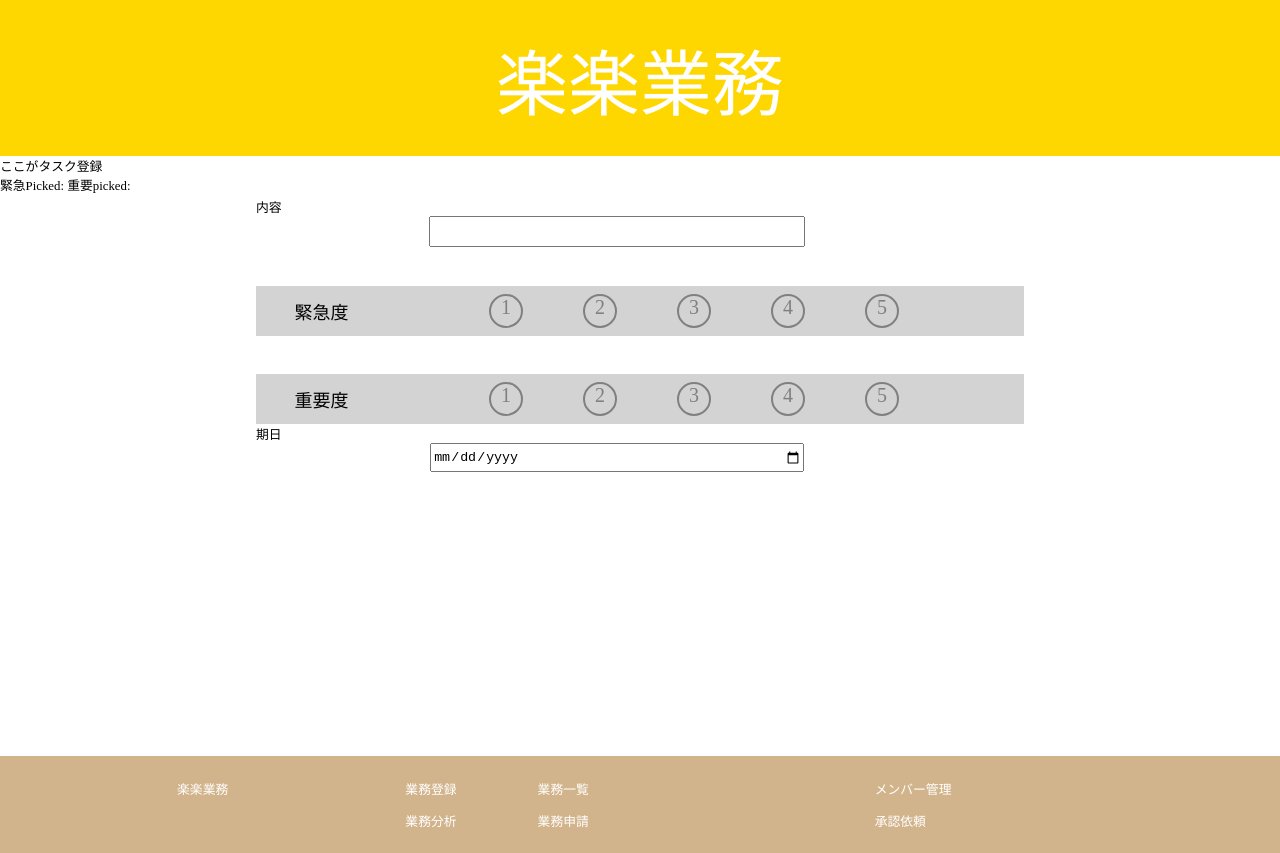
Repository: Reiya-1003/VueReplaceTask
Page: /#/register
The author's editor kept a copy of each file at every save. The page is drawn from the files as they stood at one save, then again after the next save.
The browser window is 1280 px wide. The pictures show the whole page.
The project was rebuilt for these pictures with package versions that can differ from the ones it lists, and the page was loaded fresh each time. Also part of the build but not shown: vue.config.js, src/components/pages/PageHome.vue.

Above is the page before, as saved 2022-06-16 17:29:41.

### public/index.html
<!DOCTYPE html>
<html lang="">
  <head>
    <meta charset="utf-8">
    <meta http-equiv="X-UA-Compatible" content="IE=edge">
    <meta name="viewport" content="width=device-width,initial-scale=1.0">
    <link rel="icon" href="<%= BASE_URL %>favicon.ico">
    <link rel="stylesheet" href="style.css">
    <title><%= htmlWebpackPlugin.options.title %></title>
  </head>
  <body>
    <noscript>
      <strong>We're sorry but <%= htmlWebpackPlugin.options.title %> doesn't work properly without JavaScript enabled. Please enable it to continue.</strong>
    </noscript>
    <div id="app"></div>
    <!-- built files will be auto injected -->
  </body>
</html>

### src/main.js
import Vue from 'vue'
import App from './App.vue'
import router from './roter'

Vue.config.productionTip = false


new Vue({
  router,
  render: h => h(App),
}).$mount('#app')

### src/App.vue
<template>
  <div>
      <PageHeader />

        <!-- <PageHome /> -->
        <router-view />

      <PageFooter />
  </div>
</template>

<script>
import PageHeader from "./components/modules/PageHeader";
import PageFooter from "./components/modules/PageFooter";


export default {
  name: 'App',
  components: {
    PageHeader,
    PageFooter,


  },

}
</script>

<style>

</style>

### src/roter.js
import Vue from 'vue'
import VueRouter from 'vue-router'
import Home from '@/components/pages/PageHome.vue'
import Register from '@/components/pages/PageRegister.vue'
import Edit from '@/components/pages/PageEdit.vue'




Vue.use(VueRouter)

export default new VueRouter({
  // デフォルトの挙動では URL に `#` が含まれる.
  // URL から hash を取り除くには `mode:history` を指定する
  // mode: 'history',
  base: __dirname,

  routes: [
    {
      path: '/',
      name: 'home',
      component: Home
    },
    {
      path: '/register',
      name: 'register',
      component: Register
    },
    {
      path: '/edit',
      name: 'edit',
      component: Edit
    },



  ]

})

### src/components/modules/PageHeader.vue
<template>
  <header id="headerblock">

    <h1 id="title" ><router-link to="/" >楽楽業務</router-link></h1>


  </header>
</template>

<script>
export default {
  name: 'PageHeader',

}
</script>


<style lang="scss" type="text/css">
  #headerblock{
    height: 10%;
    width: 100%;
    background-color: #ffd700;
    h1{
      margin: 0;
      text-align: center;
      padding: 2%;
      color: white;
      font-size: 10vh;
      font-weight: normal;
      a{
      cursor: pointer;
      color: inherit;
      text-decoration: none;
    }
    }


  }
</style>

### src/components/modules/PageFooter.vue
<template>
  <div id="footblock">

    <div class="flexitem1">
      <p><router-link to="/" >楽楽業務</router-link></p>
    </div>
    <div class="flexitem2">
      <div>
        <!-- roter-linkになると思う -->
        <p><router-link to="/register">業務登録</router-link></p>
        <p>業務分析</p>
      </div>
      <div class="item">
        <p>業務一覧</p>
        <p>業務申請</p>
      </div>
    </div>
    <div class="flexitem3">
      <p>メンバー管理</p>
      <p>承認依頼</p>
    </div>


  </div>
</template>

<script>
export default {
  name: 'PageFooter',

}
</script>


<style lang="scss" type="text/css">
  #footblock{
    background-color: #d2b48c;
    color: white;
    display: flex;
    justify-content: space-around;

    .flexitem1{
      width: 100%;
      text-align: center;
      padding-top: 10px;
      padding-bottom: 10px;
      a{
      cursor: pointer;
      color: inherit;
      text-decoration: none;
      }
    }
    .flexitem2{
      width: 100%;
      display: flex;
      padding-top: 10px;
      padding-bottom: 10px;
      justify-content: flex-start;
      a{
      cursor: pointer;
      color: inherit;
      text-decoration: none;
      }
      .item{
        padding-left: 20%;
      }
    }
    .flexitem3{
      padding-top: 10px;
      padding-bottom: 10px;
      padding-left: 5%;
      width: 100%;
      a{
      cursor: pointer;
      color: inherit;
      text-decoration: none;
      }
    }
  }
</style>

### src/components/pages/PageRegister.vue
<template>
  <div style="height: 600px">
    <div>ここがタスク登録</div>
    <span>緊急Picked: {{ Urgencypicked}}</span>
    <span>重要picked: {{picked}}</span>

    <div class="listbox">
      <div class="listitem">
        <span class="itemtitle">内容</span
        ><span class="item"><input type="text" class="textinput" /></span>
      </div>
      <div class="listradioitem">
        <span class="itemtitle">緊急度</span>
        <span class="item">
          <input type="radio" id="one" value="one" name="Urgency" class="radioinput" v-model="Urgencypicked"/><label
            for="one"
            >1</label>
          <input type="radio" id="two" value="two" name="Urgency" class="radioinput" v-model="Urgencypicked"/><label
            for="two"
            >2</label>
            <input type="radio" id="three" value="three" name="Urgency" class="radioinput" v-model="Urgencypicked"/><label
            for="three"
            >3</label>
            <input type="radio" id="four" value="four" name="Urgency" class="radioinput" v-model="Urgencypicked"/><label
            for="four"
            >4</label>
            <input type="radio" id="five" value="five" name="Urgency" class="radioinput" v-model="Urgencypicked"/><label
            for="five"
            >5</label>

        </span>
      </div>
      <div class="listradioitem">
        <span class="itemtitle">重要度</span>
        <span class="item">
          <input type="radio" id="imone" value="one" name="importance" class="radioinput" v-model="picked"/><label
            for="imone"
            >1</label>
          <input type="radio" id="imtwo" value="two" name="importance" class="radioinput" v-model="picked"/><label
            for="imtwo"
            >2</label>
            <input type="radio" id="imthree" value="three" name="importance" class="radioinput" v-model="picked"/><label
            for="imthree"
            >3</label>
            <input type="radio" id="imfour" value="four" name="importance" class="radioinput" v-model="picked"/><label
            for="imfour"
            >4</label>
            <input type="radio" id="imfive" value="five" name="importance" class="radioinput" v-model="picked"/><label
            for="imfive"
            >5</label>

        </span>
      </div>
      <div class="listitem">
        <span class="itemtitle">期日</span
        ><span class="item"><input type="date" class="dateinput" /></span>
      </div>
    </div>
  </div>
</template>

<script>
export default {
  name: "PageRegister",
  data(){
    return{
      Urgencypicked:"",
      picked:""
    }
  }
};
</script>

<style lang="scss" type="text/css">
.listbox {
  margin: 3px auto;
  height: 400px;
  width: 60%;
  display: flex;
  flex-direction: column;
  .listitem{
    .item {
      width: 80%;
      display: flex;
      justify-content: center;
      margin-left: 5%;
      .textinput {
        width: 60%;
        height: 25px;
        margin-left: 5%;
      }
      .dateinput {
        width: 60%;
        height: 25px;
        margin-left: 5%;
      }

  }
  }

  .listradioitem {
    height: 50px;
    display: flex;
    align-items: center;
    margin-top: 5%;
    background-color: lightgray;
    text-align: center;
    .itemtitle {
      margin-left: 5%;
      font-size: large;
    }
    .item {
      width: 80%;
      display: flex;
      justify-content: center;
      margin-left: 5%;

      .radioinput{
        display: none;

      }


label:hover {
background-color: #E2EDF9; /* マウスオーバー時の背景色を指定する */
}
label {
    display: block;
    float: left;
    margin: 5px;
    width: 30px;
    height: 30px;
    text-align: center;
    color: gray;
    cursor: pointer;
    border: 2px solid;
    border-radius: 50%;
    font-size: 20px;
    margin-left: 30px;
    margin-right: 30px;

}
:checked + label {
  color: #ffffff;
}




    }
  }
}
</style>

### src/components/pages/PageEdit.vue
<template>
  <div style="height: 600px">
    <div>ここがタスク登録</div>
    <span>緊急Picked: {{ Urgencypicked}}</span>
    <span>重要picked: {{picked}}</span>

    <div class="listbox">
      <div class="listitem">
        <span class="itemtitle">内容</span
        ><span class="item"><input type="text" class="textinput" /></span>
      </div>
      <div class="listradioitem">
        <span class="itemtitle">緊急度</span>
        <span class="item">
          <input type="radio" id="one" value="one" name="Urgency" class="radioinput" v-model="Urgencypicked"/><label
            for="one"
            >1</label>
          <input type="radio" id="two" value="two" name="Urgency" class="radioinput" v-model="Urgencypicked"/><label
            for="two"
            >2</label>
            <input type="radio" id="three" value="three" name="Urgency" class="radioinput" v-model="Urgencypicked"/><label
            for="three"
            >3</label>
            <input type="radio" id="four" value="four" name="Urgency" class="radioinput" v-model="Urgencypicked"/><label
            for="four"
            >4</label>
            <input type="radio" id="five" value="five" name="Urgency" class="radioinput" v-model="Urgencypicked"/><label
            for="five"
            >5</label>

        </span>
      </div>
      <div class="listradioitem">
        <span class="itemtitle">重要度</span>
        <span class="item">
          <input type="radio" id="imone" value="one" name="importance" class="radioinput" v-model="picked"/><label
            for="imone"
            >1</label>
          <input type="radio" id="imtwo" value="two" name="importance" class="radioinput" v-model="picked"/><label
            for="imtwo"
            >2</label>
            <input type="radio" id="imthree" value="three" name="importance" class="radioinput" v-model="picked"/><label
            for="imthree"
            >3</label>
            <input type="radio" id="imfour" value="four" name="importance" class="radioinput" v-model="picked"/><label
            for="imfour"
            >4</label>
            <input type="radio" id="imfive" value="five" name="importance" class="radioinput" v-model="picked"/><label
            for="imfive"
            >5</label>

        </span>
      </div>
      <div class="listitem">
        <span class="itemtitle">期日</span
        ><span class="item"><input type="date" class="dateinput" /></span>
      </div>
    </div>
  </div>
</template>

<script>
export default {
  name: "PageEdit",
  data(){
    return{
      Urgencypicked:"",
      picked:""
    }
  }
};
</script>

<style lang="scss" type="text/css">
.listbox {
  margin: 3px auto;
  height: 400px;
  width: 60%;
  display: flex;
  flex-direction: column;
  .listitem{
    .item {
      width: 80%;
      display: flex;
      justify-content: center;
      margin-left: 5%;
      .textinput {
        width: 60%;
        height: 25px;
        margin-left: 5%;
      }
      .dateinput {
        width: 60%;
        height: 25px;
        margin-left: 5%;
      }

  }
  }

  .listradioitem {
    height: 50px;
    display: flex;
    align-items: center;
    margin-top: 5%;
    background-color: lightgray;
    text-align: center;
    .itemtitle {
      margin-left: 5%;
      font-size: large;
    }
    .item {
      width: 80%;
      display: flex;
      justify-content: center;
      margin-left: 5%;

      .radioinput{
        display: none;

      }


label:hover {
background-color: #E2EDF9; /* マウスオーバー時の背景色を指定する */
}
label {
    display: block;
    float: left;
    margin: 5px;
    width: 30px;
    height: 30px;
    text-align: center;
    color: gray;
    cursor: pointer;
    border: 2px solid;
    border-radius: 50%;
    font-size: 20px;
    margin-left: 30px;
    margin-right: 30px;

}
:checked + label {
  color: #ffffff;
}




    }
  }
}
</style>

### public/style.css
body{
  margin: 0;
  font-size: 1vmax;
}

After the next save:
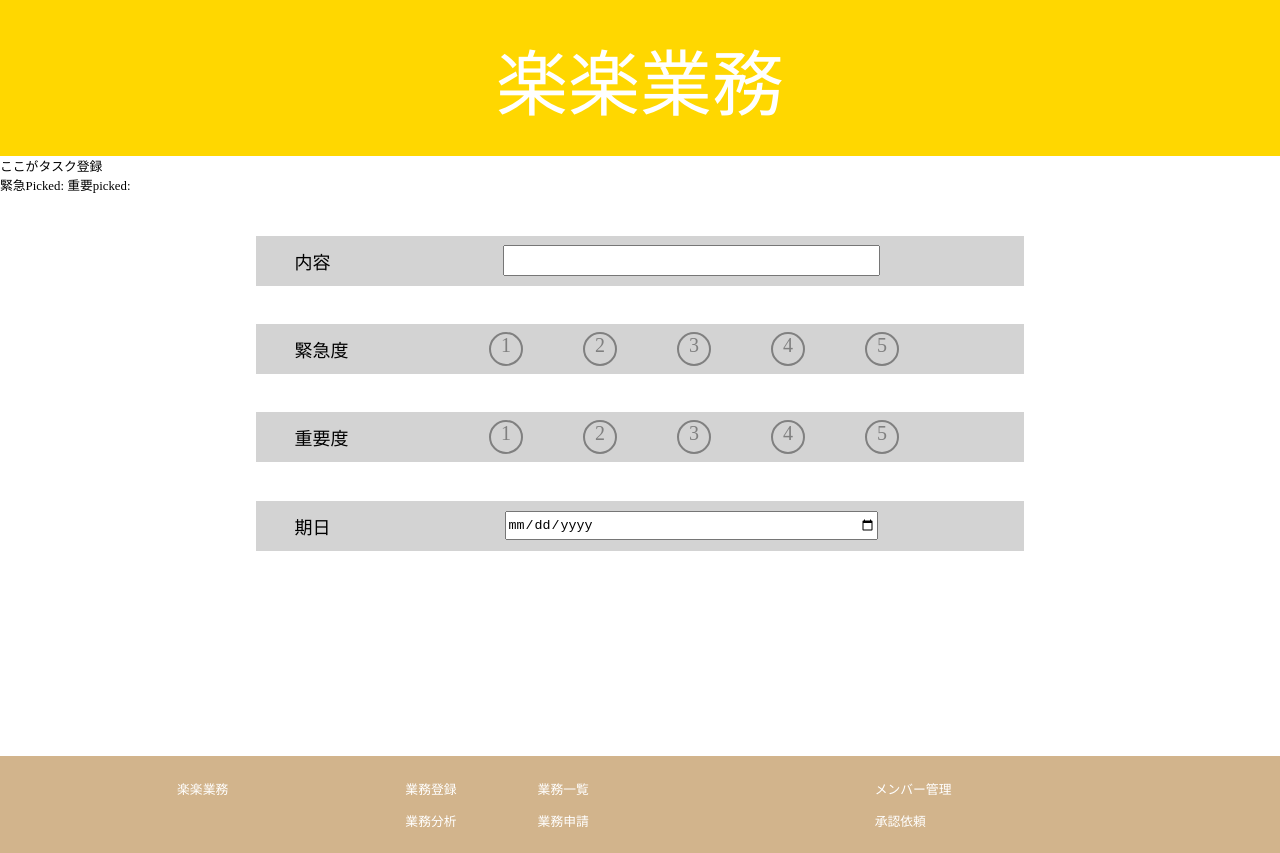
Saved 35 s later.
--- a/src/components/pages/PageEdit.vue
+++ b/src/components/pages/PageEdit.vue
@@ -78,27 +78,8 @@ export default {
   width: 60%;
   display: flex;
   flex-direction: column;
-  .listitem{
-    .item {
-      width: 80%;
-      display: flex;
-      justify-content: center;
-      margin-left: 5%;
-      .textinput {
-        width: 60%;
-        height: 25px;
-        margin-left: 5%;
-      }
-      .dateinput {
-        width: 60%;
-        height: 25px;
-        margin-left: 5%;
-      }
 
-  }
-  }
-
-  .listradioitem {
+  .listitem {
     height: 50px;
     display: flex;
     align-items: center;
@@ -114,7 +95,14 @@ export default {
       display: flex;
       justify-content: center;
       margin-left: 5%;
-
+      .textinput {
+        width: 60%;
+        height: 25px;
+      }
+      .dateinput {
+        width: 60%;
+        height: 25px;
+      }
       .radioinput{
         display: none;
 
